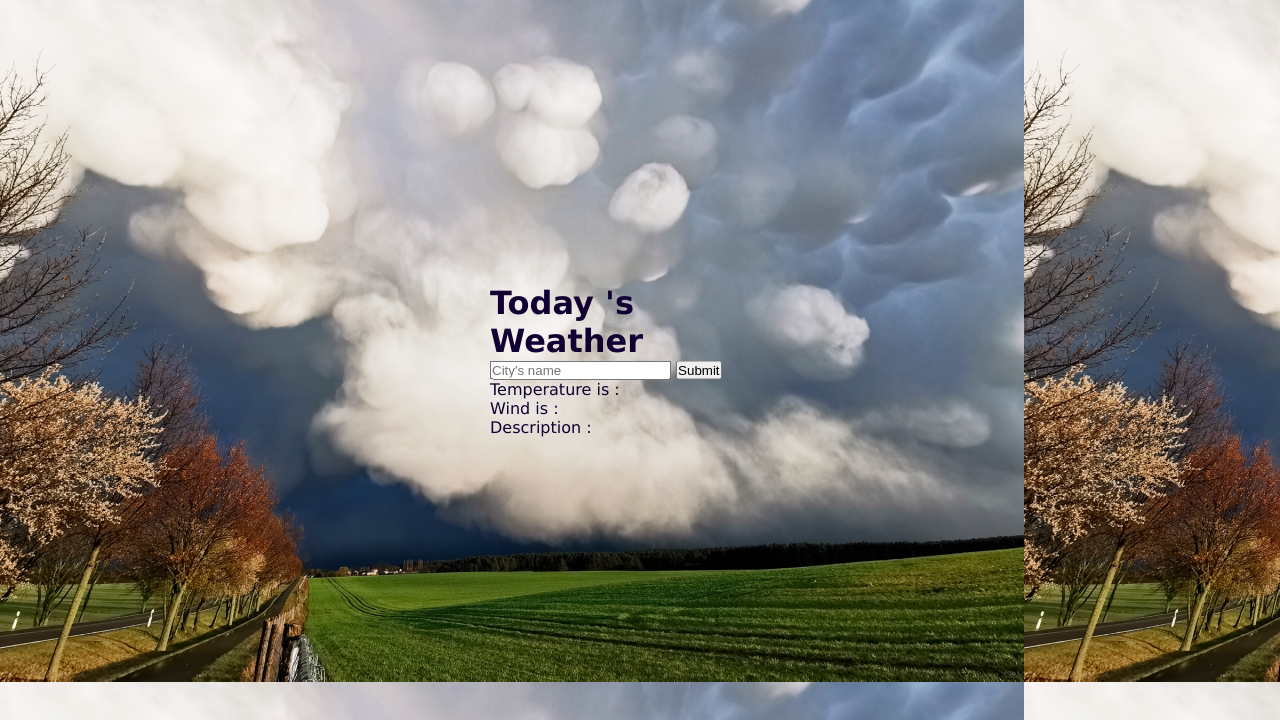
Repository: heartbreathing/searchWeather
Page: index.html
The author's editor kept a copy of each file at every save. The page is drawn from the files as they stood at one save, then again after a run of saves.
The browser window is 1280 px wide. The pictures show the whole page.

Above is the page before, as saved 2022-11-06 22:38:08.

### index.html
<!DOCTYPE html>
<html lang="en">
  <head>
    <meta charset="UTF-8" />
    <meta http-equiv="X-UA-Compatible" content="IE=edge" />
    <meta name="viewport" content="width=device-width, initial-scale=1.0" />
    <title>search_weather</title>
    <link rel="stylesheet" href="index.css">
  </head>
  <body>
    <div class="content">
      <h1><span class="name">Today</span> 's Weather</h1>
      <form class="form">
        <input type="text" name="name" placeholder="City's name" />
        <button type="submit">Submit</button>
      </form>
      <p class="row">Temperature is : <span class="temperature"></span></p>
      <p class="row">Wind is :<span class="wind"></span></p>
      <p class="row">Description :<span class="description"></span></p>
    </div>

  <script src="index.js"></script>


  </body>
</html>

### index.css
* {
    margin: 0;
    padding: 0;
    box-sizing: border-box ;
}
body {
    background-image: url(./image/background_image.jpg) ;
    font-family: 'Lucida Sans', 'Lucida Sans Regular', 'Lucida Grande', 'Lucida Sans Unicode', Geneva, Verdana, sans-serif ;
    color: rgb(16, 1, 50);
}
.content {
    position: absolute;
    display: block;
    width: 300px;
    top:50%;
    left:50%;
    transform: translate(-50%, -50%);
}

### index.js
    "use strict";
      let form = document.querySelector('.form');
      let city;

      async function getData() {
        let res = await fetch(
          `https://goweather.herokuapp.com/weather/${city}`
        );
        const data = await res.json();

        const temp = document.querySelector('.temperature');
        const wind = document.querySelector('.wind');
        const forecast = document.querySelector('.content');
        const description = document.querySelector('.description');
        // const name = document.querySelector('.name')

        temp.innerHTML = data.temperature;
        wind.innerHTML = data.wind;
        description.innerHTML = data.description;
        // name.innerHTML = city

      }

      form.addEventListener('submit', function (event) {
        event.preventDefault();
        city = this.elements.name.value;
        getData();
      });

After the next 2 saves:
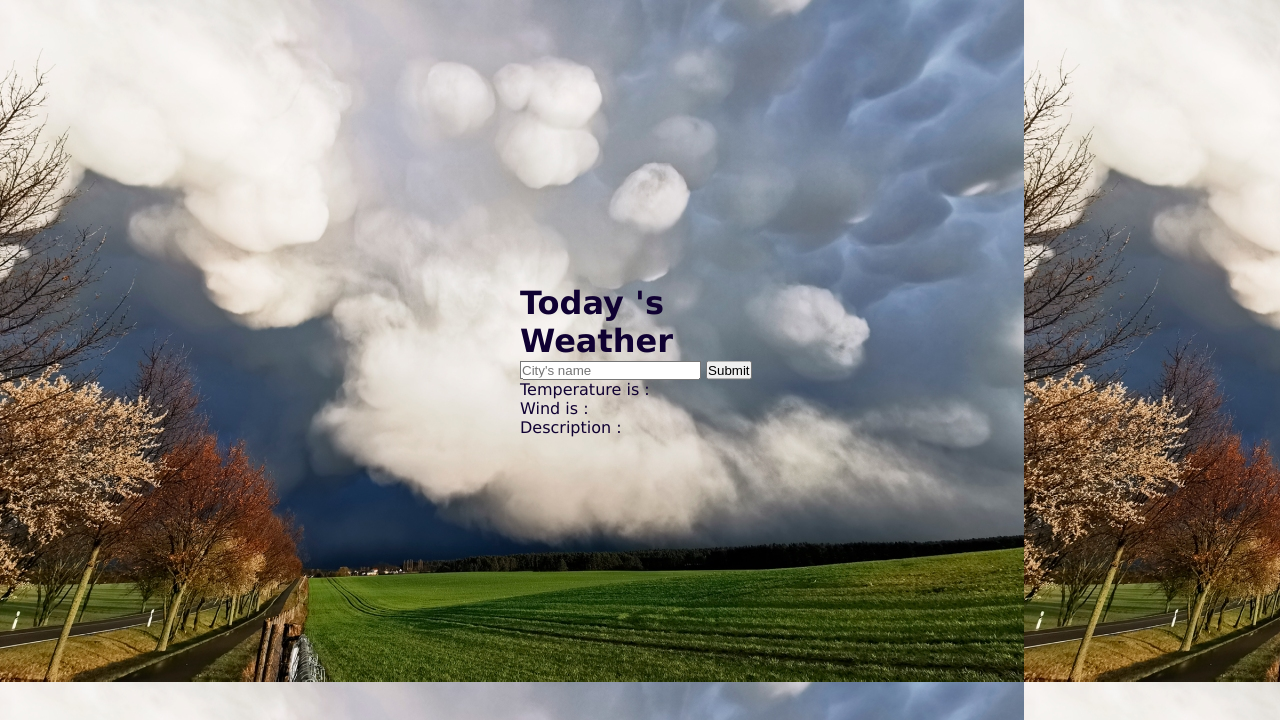
The 2 saves are shown as one change because they came seconds apart.
The last was saved 25 s later.
--- a/index.css
+++ b/index.css
@@ -14,5 +14,5 @@ body {
     width: 300px;
     top:50%;
     left:50%;
-    transform: translate(-50%, -50%);
+    transform: translate(-40%, -50%);
 }
